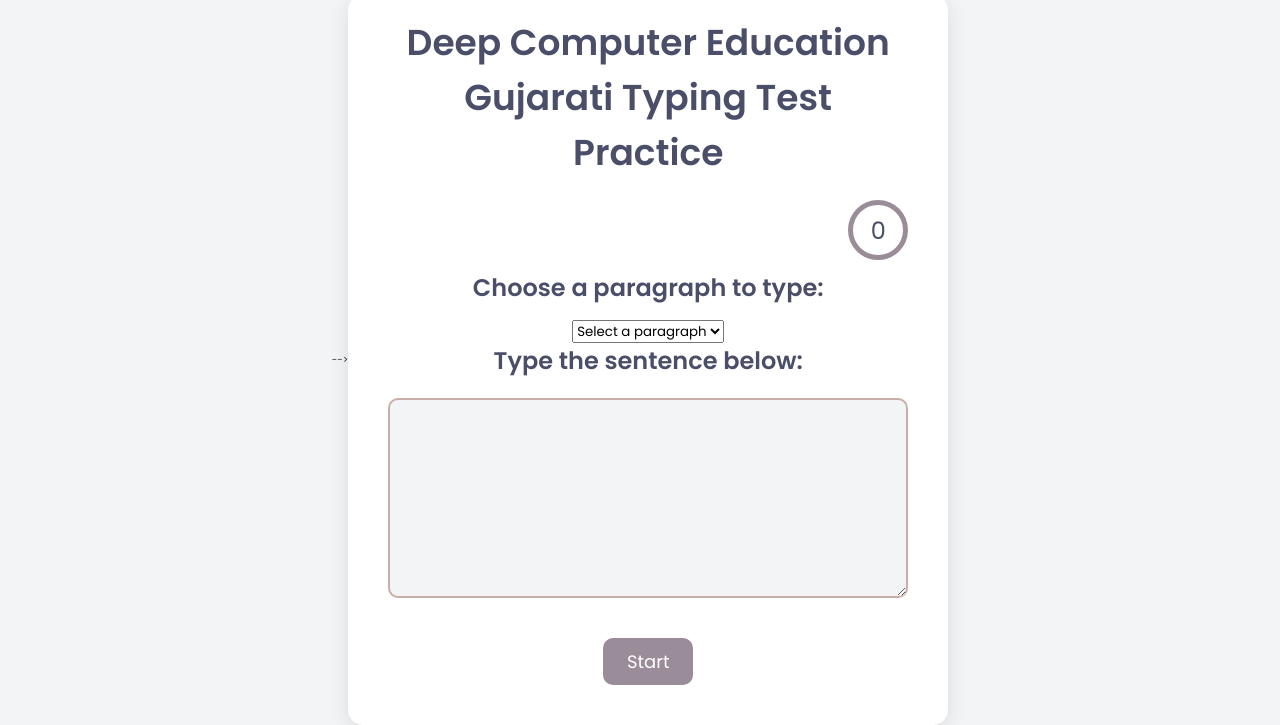
Repository: ssj27072002/Gujarati-typing-test
Page: typingGame/index.html
An editor plug-in stored every save of this project. The page is shown before and after the next save, followed by the edit.
The browser window is 1280 px wide. The pictures show the whole page.

Above is the page before, as saved 2024-06-12 12:12:23.

After the next save:
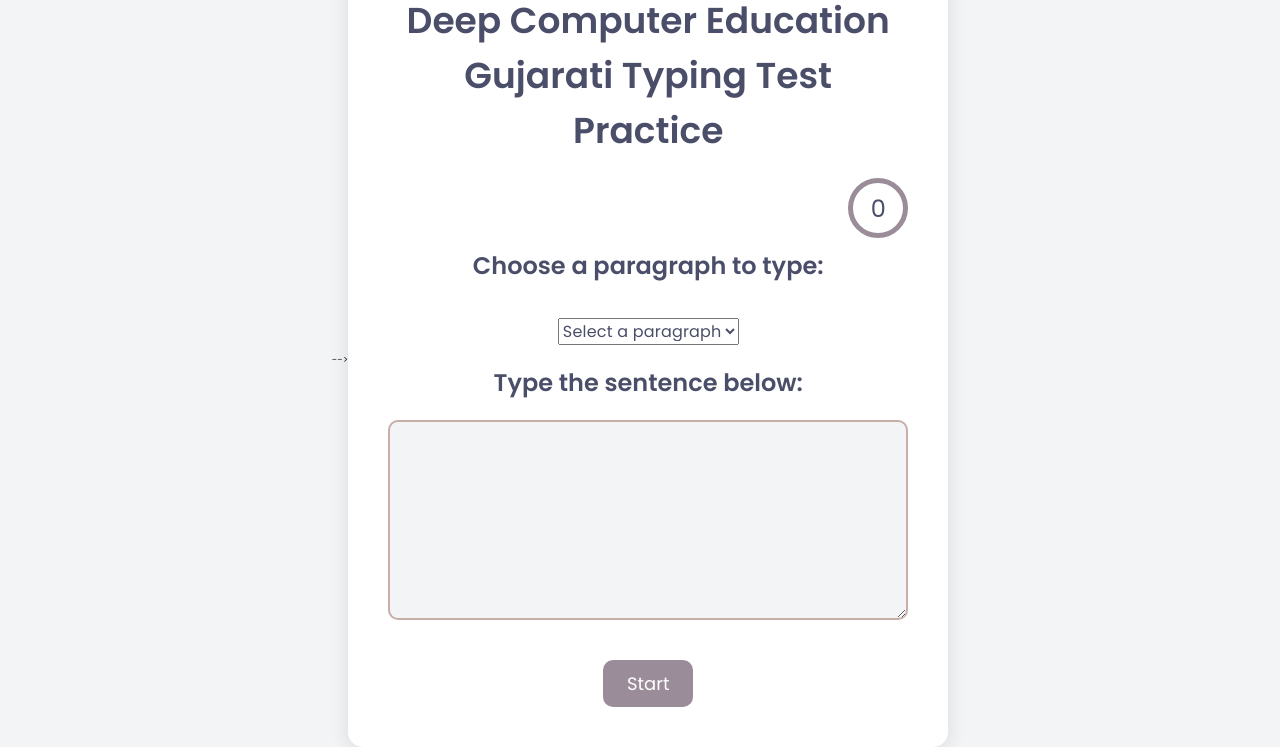
Saved 17 s later.
--- a/typingGame/css/style.css
+++ b/typingGame/css/style.css
@@ -308,5 +308,10 @@
     background: #fff;
 }
 #paragraphSelector{
-
-}
+    font-size: 1.6rem;
+    margin: 2rem 0;
+    letter-spacing: .02rem;
+    text-align: center;
+    color: #4a4e69;
+
+}
